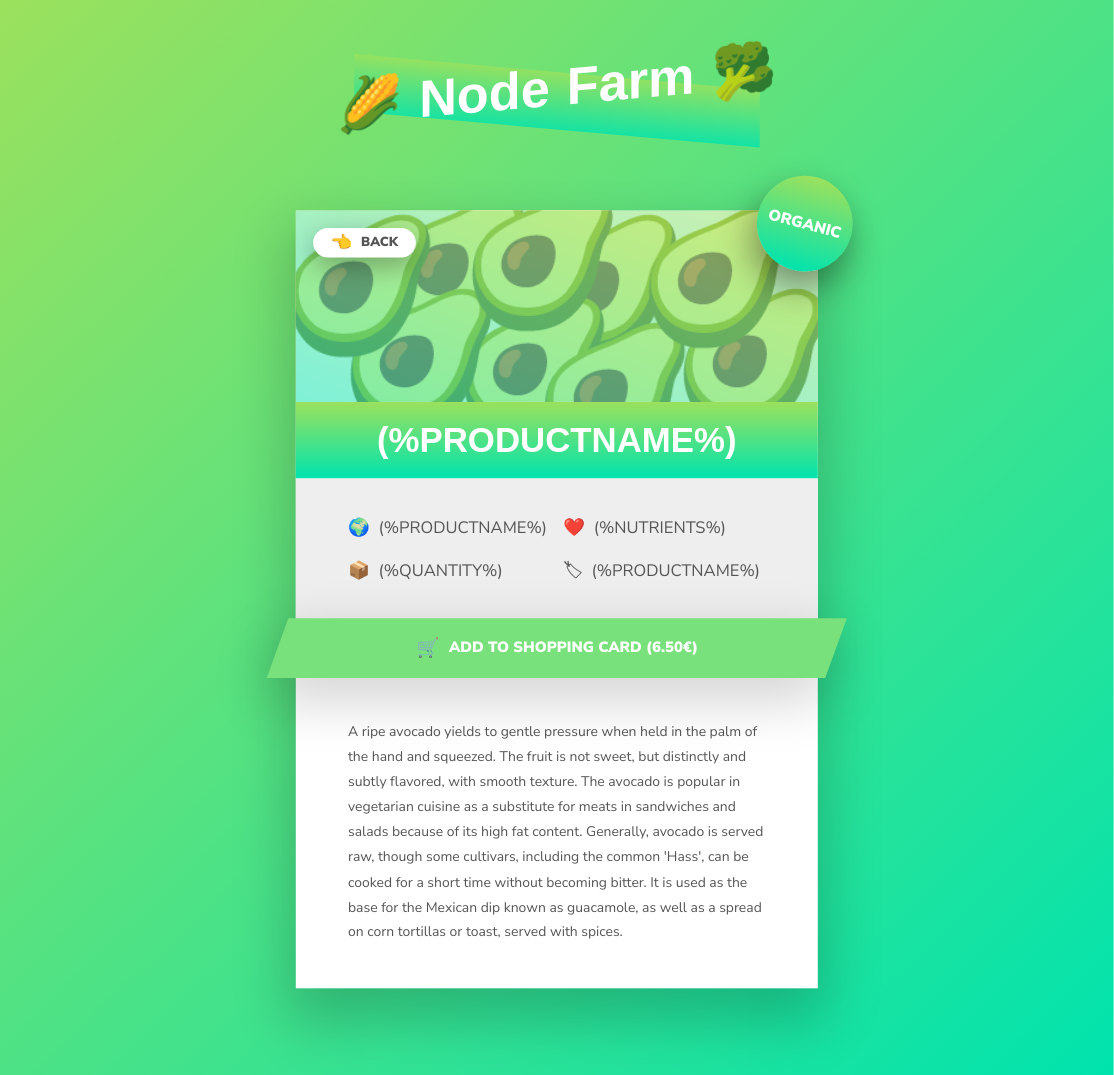
Repository: smit1298/complete-node-bootcamp
Page: node-farm/starter/templates/product.html
These files come from the project's save history. The page is drawn as it stood at one moment and after the next save; the edit follows.
The browser window is 1280 px wide. The pictures show the whole page, at 87% of full size.
Some web fonts or font styles are not loaded; a fallback is used.

Above is the page before, as saved 2021-07-21 13:00:12.

### node-farm/starter/templates/product.html
<!DOCTYPE html>
<html lang="en">
  <head>
    <meta charset="UTF-8" />
    <meta name="viewport" content="width=device-width, initial-scale=1.0" />
    <meta http-equiv="X-UA-Compatible" content="ie=edge" />
    <link
      href="https://fonts.googleapis.com/css?family=Megrim|Nunito+Sans:400,900"
      rel="stylesheet"
    />
    <link
      rel="icon"
      href="https://emojipedia-us.s3.dualstack.us-west-1.amazonaws.com/thumbs/240/apple/155/ear-of-maize_1f33d.png"
    />

    <title>Fresh Avocados 🥑 /// NODE FARM</title>

    <style>
      *,
      *::before,
      *::after {
        margin: 0;
        padding: 0;
        box-sizing: inherit;
      }

      html {
        font-size: 62.5%;
        box-sizing: border-box;
      }

      body {
        padding: 5rem 5rem 10rem;
        line-height: 1.7;
        font-family: 'Nunito Sans', sans-serif;
        color: #555;
        min-height: 100vh;
        background: linear-gradient(to bottom right, #9be15d, #00e3ae);
      }

      h1 {
        font-family: 'Megrim', sans-serif;
        font-size: 6rem;
        color: white;
        transform: skewY(-5deg);
        text-align: center;
        position: relative;
        word-spacing: 3px;
      }

      h1::before {
        content: '';
        display: block;
        height: 65%;
        width: 49%;
        position: absolute;
        top: 105%;
        left: 50%;
        background: linear-gradient(to bottom, #9be15d, #00e3ae);
        opacity: 0.8;
        z-index: -1;
        transform: skewY(370deg) translate(-50%, -50%);
      }

      .container {
        width: 95rem;
        margin: 0 auto;
      }

      .product {
        width: 60rem;
        margin: 0 auto;
        margin-top: 9rem;
        background: white;
        box-shadow: 0 3rem 6rem 1rem rgba(0, 0, 0, 0.2);
        position: relative;
      }

      .product__hero {
        position: relative;
        height: 22rem;
        overflow: hidden;
      }

      .product__hero::before {
        content: '';
        display: block;
        height: 100%;
        width: 100%;
        position: absolute;
        top: 0;
        left: 0;
        background-image: linear-gradient(to left bottom, #9be15d, #00e3ae);
        opacity: 0.5;
        z-index: 100;
      }

      .product__emoji {
        font-size: 15rem;
        position: absolute;
      }

      .product__emoji--1 {
        top: -4rem;
        left: -2rem;
        z-index: 10;
      }

      .product__emoji--2 {
        top: -6rem;
        left: 9rem;
      }

      .product__emoji--3 {
        top: -4rem;
        right: 15rem;
      }

      .product__emoji--4 {
        top: -5rem;
        right: 2rem;
        z-index: 10;
      }

      .product__emoji--5 {
        bottom: -9rem;
        left: 18rem;
      }

      .product__emoji--6 {
        bottom: -8rem;
        left: 5rem;
      }

      .product__emoji--7 {
        bottom: -12rem;
        right: 14rem;
      }

      .product__emoji--8 {
        bottom: -8rem;
        right: -2rem;
      }

      .product__emoji--9 {
        top: -7rem;
        left: 19rem;
      }

      .product__organic {
        position: absolute;
        top: -4rem;
        right: -4rem;
        z-index: 1000;
        height: 11rem;
        width: 11rem;
        background-image: linear-gradient(to bottom, #9be15d, #00e3ae);
        border-radius: 50%;
        transform: rotate(15deg);
        box-shadow: 0 2rem 4rem rgba(0, 0, 0, 0.4);
        display: flex;
        align-items: center;
        justify-content: center;
      }

      .product__organic h5 {
        font-weight: 900;
        text-transform: uppercase;
        font-size: 1.8rem;
        color: white;
      }

      .product__back:link,
      .product__back:visited {
        position: absolute;
        top: 2rem;
        left: 2rem;
        font-size: 1.5rem;
        font-weight: 700;
        text-transform: uppercase;
        text-decoration: none;
        z-index: 1000;
        color: #555;
        background-color: white;
        box-shadow: 0 1rem 3rem rgba(0, 0, 0, 0.3);
        border-radius: 100rem;
        padding: 0 2rem;
        transition: all 0.3s;
        display: flex;
        align-items: center;
      }

      .product__back:hover,
      .product__back:active {
        background-color: #79e17b;
      }

      .product__name {
        background: linear-gradient(to bottom, #9be15d, #00e3ae);
        padding: 1rem;
        font-family: 'Megrim', sans-serif;
        font-size: 4rem;
        color: white;
        text-align: center;
        word-spacing: 2px;
      }

      .product__details {
        background-color: #eee;
        padding: 4rem 6rem;
        font-size: 1.9rem;
        display: grid;
        grid-template-columns: 1fr 1fr;
        grid-gap: 1.5rem;
      }

      .product__description {
        padding: 5rem 6rem;
        font-size: 1.6rem;
        line-height: 1.8;
      }

      .product__link:link,
      .product__link:visited {
        display: block;
        background-color: #79e17b;
        color: white;
        font-size: 1.6rem;
        font-weight: 700;
        text-transform: uppercase;
        text-decoration: none;
        padding: 1.5rem;
        text-align: center;
        transform: scale(1.07) skewX(-20deg);
        box-shadow: 0 2rem 6rem rgba(0, 0, 0, 0.2);
        display: flex;
        align-items: center;
        justify-content: center;
        transition: all 0.3s;
      }

      .product__link:hover,
      .product__link:active {
        background-color: #9be15d;
        transform: scale(1.1) skewX(-20deg);
      }

      .product__link span {
        transform: skewX(20deg);
      }

      .emoji-left {
        font-size: 2rem;
        margin-right: 1rem;
      }

      .emoji-right {
        font-size: 2rem;
        margin-left: 1rem;
      }

      .not-organic {
        display: none;
      }
    </style>
  </head>

  <body>
    <div class="container">
      <h1>🌽 Node Farm 🥦</h1>

      <figure class="product">
        <div class="product__organic"><h5>Organic</h5></div>
        <a href="#" class="product__back">
          <span class="emoji-left">👈</span>Back
        </a>
        <div class="product__hero">
          <span class="product__emoji product__emoji--1">🥑</span>
          <span class="product__emoji product__emoji--2">🥑</span>
          <span class="product__emoji product__emoji--3">🥑</span>
          <span class="product__emoji product__emoji--4">🥑</span>
          <span class="product__emoji product__emoji--5">🥑</span>
          <span class="product__emoji product__emoji--6">🥑</span>
          <span class="product__emoji product__emoji--7">🥑</span>
          <span class="product__emoji product__emoji--8">🥑</span>
          <span class="product__emoji product__emoji--9">🥑</span>
        </div>
        <h2 class="product__name">(%PRODUCTNAME%)</h2>
        <div class="product__details">
          <p><span class="emoji-left">🌍</span>(%PRODUCTNAME%)</p>
          <p><span class="emoji-left">❤️</span>(%NUTRIENTS%)</p>
          <p><span class="emoji-left">📦</span>(%QUANTITY%)</p>
          <p><span class="emoji-left">🏷</span>(%PRODUCTNAME%)</p>
        </div>

        <a href="#" class="product__link">
          <span class="emoji-left">🛒</span>
          <span>Add to shopping card (6.50€)</span>
        </a>

        <p class="product__description">
          A ripe avocado yields to gentle pressure when held in the palm of the
          hand and squeezed. The fruit is not sweet, but distinctly and subtly
          flavored, with smooth texture. The avocado is popular in vegetarian
          cuisine as a substitute for meats in sandwiches and salads because of
          its high fat content. Generally, avocado is served raw, though some
          cultivars, including the common 'Hass', can be cooked for a short time
          without becoming bitter. It is used as the base for the Mexican dip
          known as guacamole, as well as a spread on corn tortillas or toast,
          served with spices.
        </p>
      </figure>

    </div>
  </body>
</html>

After the next save:
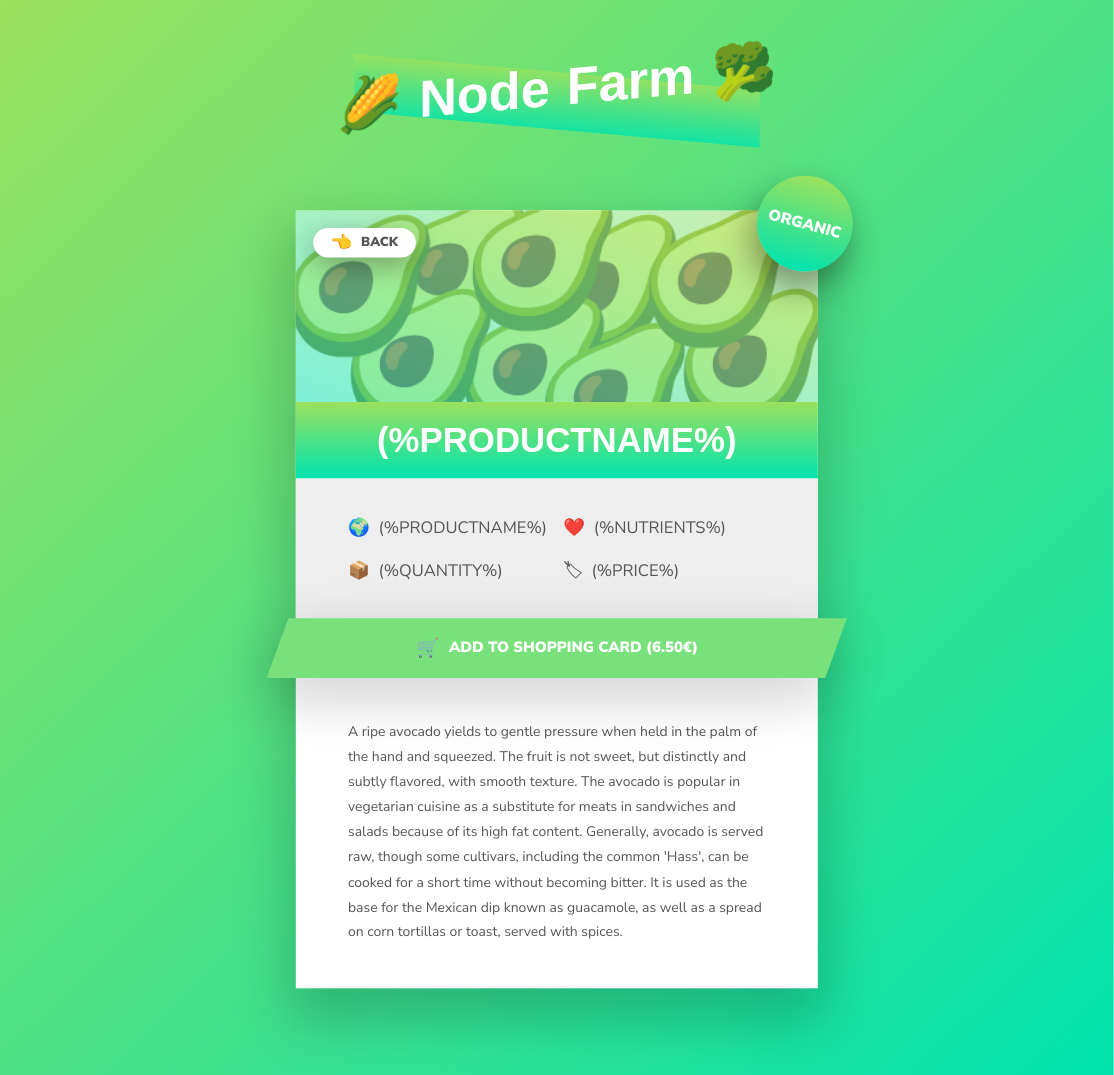
Saved 13 s later.
--- a/node-farm/starter/templates/product.html
+++ b/node-farm/starter/templates/product.html
@@ -290,7 +290,7 @@
           <p><span class="emoji-left">🌍</span>(%PRODUCTNAME%)</p>
           <p><span class="emoji-left">❤️</span>(%NUTRIENTS%)</p>
           <p><span class="emoji-left">📦</span>(%QUANTITY%)</p>
-          <p><span class="emoji-left">🏷</span>(%PRODUCTNAME%)</p>
+          <p><span class="emoji-left">🏷</span>(%PRICE%)</p>
         </div>
 
         <a href="#" class="product__link">
